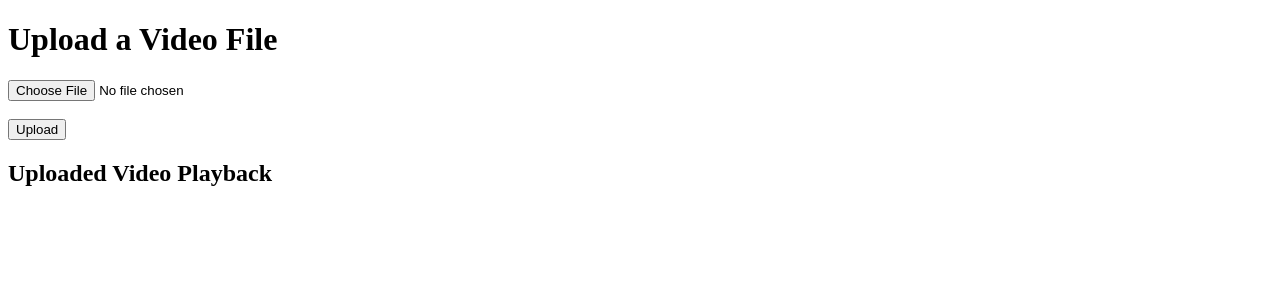
Repository: jtothemoon/MediaPipe
Page: demo/src/main/resources/static/upload.html
An editor plug-in stored every save of this project. The page is shown before and after the next save, followed by the edit.
The browser window is 1280 px wide. The pictures show the whole page.

Above is the page before, as saved 2024-08-14 02:49:57.

### demo/src/main/resources/static/upload.html
<!DOCTYPE html>
<html lang="en">
<head>
<meta charset="UTF-8">
<meta name="viewport" content="width=device-width, initial-scale=1.0">
<title>File Upload and Playback</title>
</head>
<body>
	<h1>Upload a Video File</h1>
	<form id="uploadForm" enctype="multipart/form-data">
		<input type="file" name="file" accept="video/*"> <br>
		<br>
		<button type="submit">Upload</button>
	</form>

	<h2>Uploaded Video Playback</h2>
	<video id="videoPlayer" width="600" controls style="display: none;" autoplay>
		<source id="videoSource" src="" type="video/mp4">
		Your browser does not support the video tag.
	</video>

	<script>
	document.getElementById('uploadForm').onsubmit = async function(event) {
	    event.preventDefault();
	    const formData = new FormData(event.target);

	    try {
	        const response = await fetch('/upload', {
	            method: 'POST',
	            body: formData
	        });

	        if (response.ok) {
	            const responseText = await response.text();
	            console.log('Raw server response:', responseText);  // 서버 응답을 그대로 출력

	            // "Flask 서버로부터의 응답:" 부분을 제거
	            const jsonStartIndex = responseText.indexOf('{');
	            const jsonString = responseText.substring(jsonStartIndex);

	            let result;
	            try {
	                result = JSON.parse(jsonString);
	            } catch (e) {
	                console.error('JSON parsing error:', e);
	                alert('Failed to parse server response.');
	                return;
	            }

	            if (result.url) {
	                console.log('Parsed JSON:', result);  // 파싱된 JSON 출력
	                const videoPlayer = document.getElementById('videoPlayer');
	                const videoSource = document.getElementById('videoSource');
	                videoSource.src = result.url;
	                videoPlayer.style.display = 'block';
	                videoPlayer.load();  // 동영상 소스를 다시 로드
	            } else {
	                alert('Failed to retrieve video URL.');
	            }
	        } else {
	            console.error('Server responded with status:', response.status);
	            alert('Failed to upload the video. Server responded with status: ' + response.status);
	        }
	    } catch (error) {
	        console.error('Error during fetch:', error);
	        alert('An error occurred while uploading the video.');
	    }
	};



    </script>
</body>
</html>

After the next save:
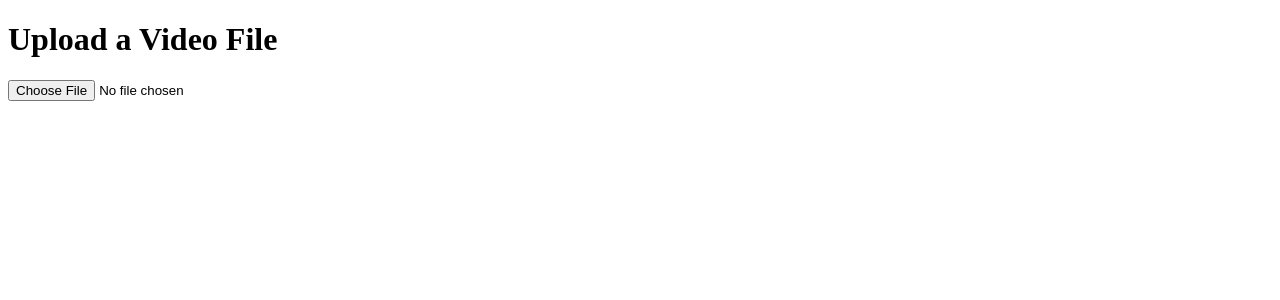
Saved 2 h 18 min later.
--- a/demo/src/main/resources/static/upload.html
+++ b/demo/src/main/resources/static/upload.html
@@ -1,74 +1,31 @@
 <!DOCTYPE html>
 <html lang="en">
 <head>
-<meta charset="UTF-8">
-<meta name="viewport" content="width=device-width, initial-scale=1.0">
-<title>File Upload and Playback</title>
+    <meta charset="UTF-8">
+    <meta name="viewport" content="width=device-width, initial-scale=1.0">
+    <title>File Upload and Playback</title>
 </head>
 <body>
-	<h1>Upload a Video File</h1>
-	<form id="uploadForm" enctype="multipart/form-data">
-		<input type="file" name="file" accept="video/*"> <br>
-		<br>
-		<button type="submit">Upload</button>
-	</form>
+    <h1>Upload a Video File</h1>
+    <input type="file" id="fileInput" accept="video/*"> <br><br>
+    <video id="videoPlayer" width="600" controls style="display: none;" autoplay>
+        <source id="videoSource" src="" type="video/mp4">
+        Your browser does not support the video tag.
+    </video>
 
-	<h2>Uploaded Video Playback</h2>
-	<video id="videoPlayer" width="600" controls style="display: none;" autoplay>
-		<source id="videoSource" src="" type="video/mp4">
-		Your browser does not support the video tag.
-	</video>
+    <script>
+        document.getElementById('fileInput').addEventListener('change', function(event) {
+            const file = event.target.files[0];
+            if (file) {
+                const videoPlayer = document.getElementById('videoPlayer');
+                const videoSource = document.getElementById('videoSource');
 
-	<script>
-	document.getElementById('uploadForm').onsubmit = async function(event) {
-	    event.preventDefault();
-	    const formData = new FormData(event.target);
-
-	    try {
-	        const response = await fetch('/upload', {
-	            method: 'POST',
-	            body: formData
-	        });
-
-	        if (response.ok) {
-	            const responseText = await response.text();
-	            console.log('Raw server response:', responseText);  // 서버 응답을 그대로 출력
-
-	            // "Flask 서버로부터의 응답:" 부분을 제거
-	            const jsonStartIndex = responseText.indexOf('{');
-	            const jsonString = responseText.substring(jsonStartIndex);
-
-	            let result;
-	            try {
-	                result = JSON.parse(jsonString);
-	            } catch (e) {
-	                console.error('JSON parsing error:', e);
-	                alert('Failed to parse server response.');
-	                return;
-	            }
-
-	            if (result.url) {
-	                console.log('Parsed JSON:', result);  // 파싱된 JSON 출력
-	                const videoPlayer = document.getElementById('videoPlayer');
-	                const videoSource = document.getElementById('videoSource');
-	                videoSource.src = result.url;
-	                videoPlayer.style.display = 'block';
-	                videoPlayer.load();  // 동영상 소스를 다시 로드
-	            } else {
-	                alert('Failed to retrieve video URL.');
-	            }
-	        } else {
-	            console.error('Server responded with status:', response.status);
-	            alert('Failed to upload the video. Server responded with status: ' + response.status);
-	        }
-	    } catch (error) {
-	        console.error('Error during fetch:', error);
-	        alert('An error occurred while uploading the video.');
-	    }
-	};
-
-
-
+                // Create a URL for the selected file and set it as the video source
+                videoSource.src = URL.createObjectURL(file);
+                videoPlayer.style.display = 'block';
+                videoPlayer.load();  // Reload video with the new source
+            }
+        });
     </script>
 </body>
 </html>

After the save that followed:
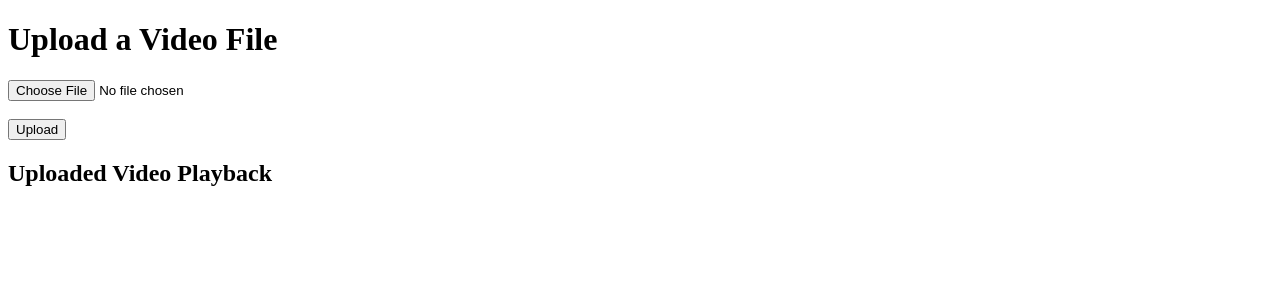
Saved 59 s later.
--- a/demo/src/main/resources/static/upload.html
+++ b/demo/src/main/resources/static/upload.html
@@ -7,25 +7,47 @@
 </head>
 <body>
     <h1>Upload a Video File</h1>
-    <input type="file" id="fileInput" accept="video/*"> <br><br>
+    <form id="uploadForm" enctype="multipart/form-data">
+        <input type="file" name="file" accept="video/*"> <br><br>
+        <button type="submit">Upload</button>
+    </form>
+
+    <h2>Uploaded Video Playback</h2>
     <video id="videoPlayer" width="600" controls style="display: none;" autoplay>
         <source id="videoSource" src="" type="video/mp4">
         Your browser does not support the video tag.
     </video>
 
     <script>
-        document.getElementById('fileInput').addEventListener('change', function(event) {
-            const file = event.target.files[0];
-            if (file) {
-                const videoPlayer = document.getElementById('videoPlayer');
-                const videoSource = document.getElementById('videoSource');
+        document.getElementById('uploadForm').onsubmit = async function(event) {
+            event.preventDefault();
+            const formData = new FormData(event.target);
 
-                // Create a URL for the selected file and set it as the video source
-                videoSource.src = URL.createObjectURL(file);
-                videoPlayer.style.display = 'block';
-                videoPlayer.load();  // Reload video with the new source
+            try {
+                const response = await fetch('/api/upload', {
+                    method: 'POST',
+                    body: formData
+                });
+
+                if (response.ok) {
+                    const result = await response.json();
+                    if (result.url) {
+                        const videoPlayer = document.getElementById('videoPlayer');
+                        const videoSource = document.getElementById('videoSource');
+                        videoSource.src = result.url;
+                        videoPlayer.style.display = 'block';
+                        videoPlayer.load();  // 동영상 소스를 다시 로드
+                    } else {
+                        alert('Failed to retrieve video URL.');
+                    }
+                } else {
+                    alert('Failed to upload the video. Server responded with status: ' + response.status);
+                }
+            } catch (error) {
+                console.error('Error during fetch:', error);
+                alert('An error occurred while uploading the video.');
             }
-        });
+        };
     </script>
 </body>
 </html>
